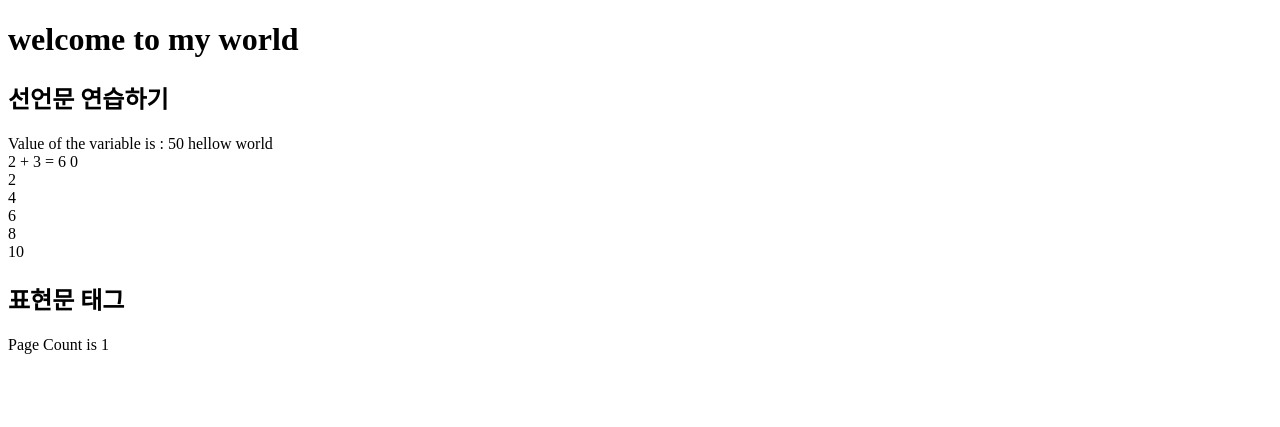
Repository: JeongYT/JSP
Page: http://localhost/jspproject/test1.jsp
The author's editor kept a copy of each file at every save. The page is drawn from the files as they stood at one save, then again after the next save.
The browser window is 1280 px wide. The pictures show the whole page.
The page is served by Tomcat 9.

Above is the page before, as saved 2023-07-06 02:30:50.

### jspproject/src/main/webapp/test1.jsp
<%@ page language="java" contentType="text/html; charset=EUC-KR"
    pageEncoding="EUC-KR"%>
<!DOCTYPE html>
<html>
<head>
<meta charset="EUC-KR">
<title>Insert title here</title>
</head>
<body>
	<h1> welcome to my world </h1>
	<h2> 선언문 연습하기 </h2>
	<%! int data = 50; %>
	<%
		out.println("Value of the variable is : " + data);
	%>
	<%!
		String makeItLower(String data) {
			return data.toLowerCase();
		}
	%>
	<%
		out.println(makeItLower("Hellow World") + "<br>");
		System.out.println("콘솔로 출력하기");
	%>
	<%
		int a=2;
		int b=4;
		int sum=a+b;
		out.print("2 + 3 = " + sum);
	%>
	<%
		for(int i=0; i<=10; i++){
			if(i % 2 == 0)
				out.println(i + "<br>");
		}
	%>
	<h2> 표현문 태그 </h2>
	<% int count=0; %>
	Page Count is <%= ++count %>
</body>
</html>

After the next save:
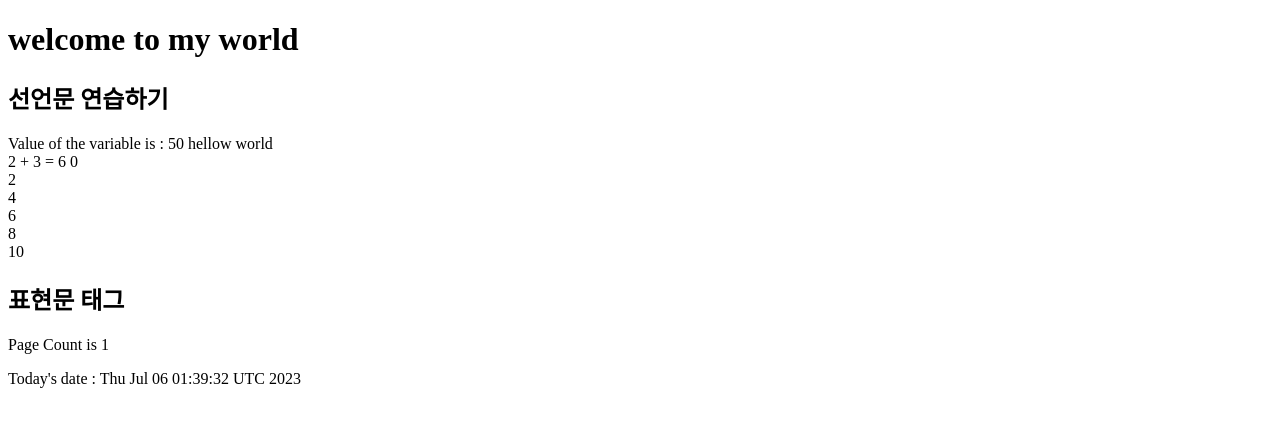
Saved 83 s later.
--- a/jspproject/src/main/webapp/test1.jsp
+++ b/jspproject/src/main/webapp/test1.jsp
@@ -37,5 +37,6 @@
 	<h2> 표현문 태그 </h2>
 	<% int count=0; %>
 	Page Count is <%= ++count %>
+	<p> Today's date : <%=new java.util.Date() %></p>
 </body>
 </html>
